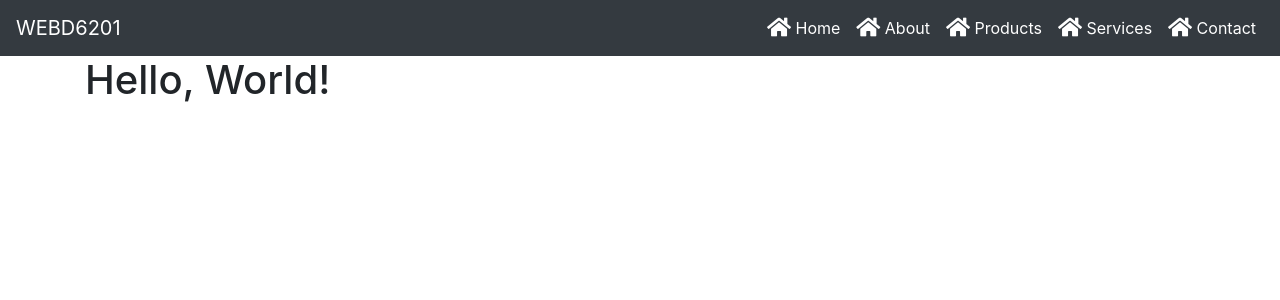
Repository: deividwsantoss/WEBD6201-W2021-Week1-lab1
Page: index.html
The author's editor kept a copy of each file at every save. The page is drawn from the files as they stood at one save, then again after the next save.
The browser window is 1280 px wide. The pictures show the whole page.

Above is the page before, as saved 2021-02-01 20:29:40.

### index.html
<!DOCTYPE html>
<html lang="en">
<head>
    <meta charset="UTF-8">
    <meta name="viewport" content="width=device-width, initial-scale=1.0">
    <title>Hello, World!</title>
    <!-- CSS SEction -->
    <link rel="stylesheet" href="./node_modules/bootstrap/dist/css/bootstrap.min.css">
    <link rel="stylesheet" href="./node_modules/@fortawesome/fontawesome-free/css/all.min.css">
    <link rel="stylesheet" href="./Content/app.css">
</head>
<body>
    <nav class="navbar navbar-expand-lg navbar-dark bg-dark">
        <a class="navbar-brand" href="#">WEBD6201</a>
        <button class="navbar-toggler" type="button" data-toggle="collapse" data-target="#navbarSupportedContent" aria-controls="navbarSupportedContent" aria-expanded="false" aria-label="Toggle navigation">
          <span class="navbar-toggler-icon"></span>
        </button>
        <div class="collapse navbar-collapse" id="navbarSupportedContent">
          <ul class="navbar-nav ml-auto">

            <li class="nav-item">
              <a class="nav-link active" href="#"><i class="fas fa-home fa-lg"></i> Home <span class="sr-only">(current)</span></a>
            </li>

            <li class="nav-item ">
                <a class="nav-link active" href="#"><i class="fas fa-home fa-lg"></i> About  <span class="sr-only">(current)</span></a>
            </li>
            <li class="nav-item ">
                <a class="nav-link active" href="#"><i class="fas fa-home fa-lg"></i> Products  <span class="sr-only">(current)</span></a>
            </li>
            <li class="nav-item ">
                <a class="nav-link active" href="#"><i class="fas fa-home fa-lg"></i> Services  <span class="sr-only">(current)</span></a>
            </li>
            <li class="nav-item ">
                <a class="nav-link active" href="#"><i class="fas fa-home fa-lg"></i> Contact  <span class="sr-only">(current)</span></a>
            </li>


          </ul>
            </div>
      </nav>


        <div class="container">
            <h1>Hello, World!</h1>
        </div>


    <!-- JavaScript Section -->
        <script src="./node_modules/jquery/dist/jquery.min.js"></script>
        <script src="./node_modules/bootstrap/dist/js/bootstrap.bundle.min.js"></script>
        <script src="./Scripts/app.js"></script>
</body>
</html>

### Content/app.css
/* Custom css goes here */

### Scripts/app.js
/* Custom scripts goes here */

//IIFE - Immediately invoked function expression
//AKA: Anonymous Self-Executing Function

(function()
{

    //initialization function
    function Start()
    {
        console.log("App Started...");
    }

    //event listener
    window.addEventListener("load",Start);

})();

Loaded but not shown: node_modules/bootstrap/dist/css/bootstrap.min.css (library); node_modules/@fortawesome/fontawesome-free/css/all.min.css (library); node_modules/jquery/dist/jquery.min.js (library); node_modules/bootstrap/dist/js/bootstrap.bundle.min.js (library)

After the next save:
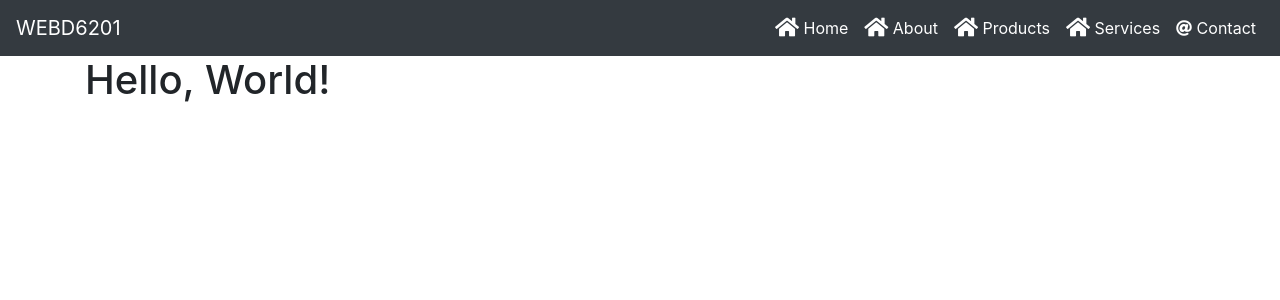
Saved 2 min 0 s later.
--- a/index.html
+++ b/index.html
@@ -32,7 +32,7 @@
                 <a class="nav-link active" href="#"><i class="fas fa-home fa-lg"></i> Services  <span class="sr-only">(current)</span></a>
             </li>
             <li class="nav-item ">
-                <a class="nav-link active" href="#"><i class="fas fa-home fa-lg"></i> Contact  <span class="sr-only">(current)</span></a>
+                <a class="nav-link active" href="#"><i class="fas fa-at"></i> Contact  <span class="sr-only">(current)</span></a>
             </li>
 
 
